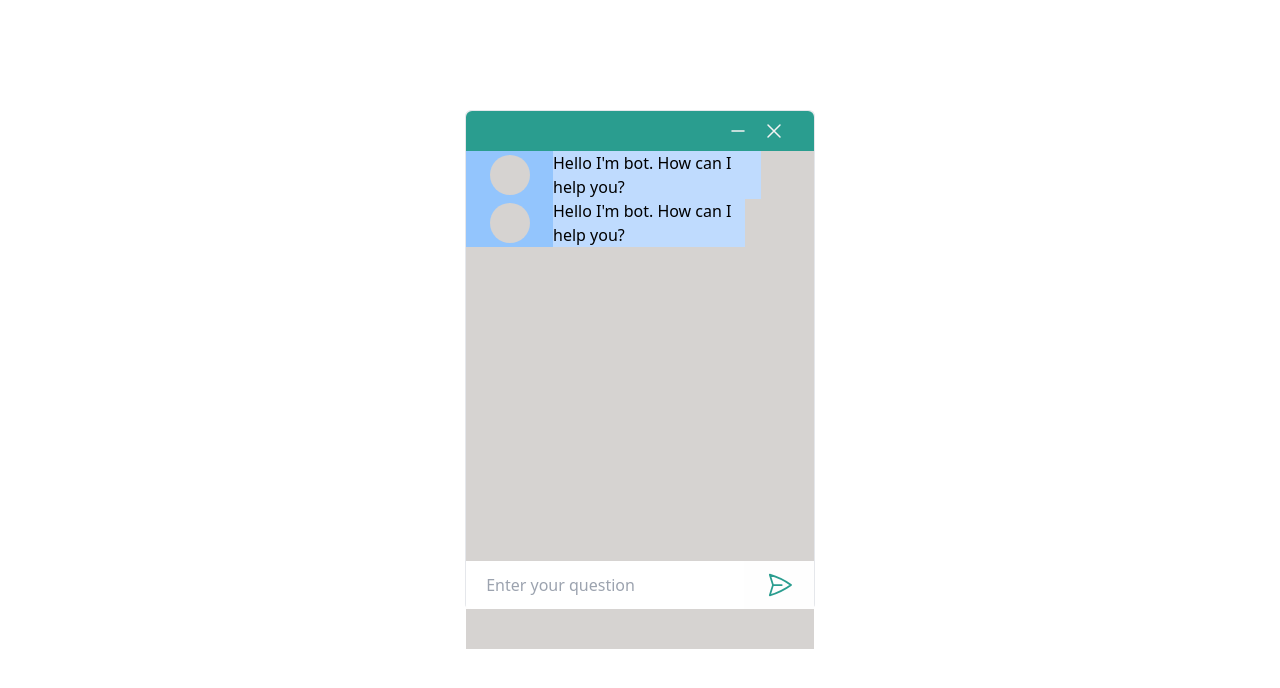
Repository: hsumyatm7308/Chatbot
Page: index.html
An editor plug-in stored every save of this project. The page is shown before and after the next save, followed by the edit.
The browser window is 1280 px wide. The pictures show the whole page.
Some web libraries are served in a nearby version.

Above is the page before, as saved 2023-07-09 11:22:18.

### index.html
<!DOCTYPE html>
<html>

<head>
    <title>Chat Bot</title>
    <script src="https://cdn.tailwindcss.com"></script>
</head>

<body class="bg-[#fffff]">

    <div class="w-screen h-screen flex justify-center items-center  container">
        <div class="w-[350px] h-[500px] bg-[#f4f4f4] border border-b-stone-200 rounded-md relative chatbot-container">
            <div
                class="w-full h-10 text-[#f4f4f4] bg-[#2a9d8f] rounded-tl-md rounded-tr-md flex justify-end items-center">
                <svg xmlns="http://www.w3.org/2000/svg" fill="none" viewBox="0 0 24 24" stroke-width="1.5"
                    stroke="currentColor" class="w-6 h-6 mr-3">
                    <path stroke-linecap="round" stroke-linejoin="round" d="M18 12H6" />
                </svg>

                <svg xmlns="http://www.w3.org/2000/svg" fill="none" viewBox="0 0 24 24" stroke-width="1.5"
                    stroke="currentColor" class="w-6 h-6 mr-7">
                    <path stroke-linecap="round" stroke-linejoin="round" d="M6 18L18 6M6 6l12 12" />
                </svg>

            </div>

            <div class="w-full h-full bg-stone-300 overflow-y-auto">
                 <div class="w-full grid grid-cols-4 flex profile-side">
                       <div class= "w-full h-auto bg-blue-300 flex justify-center items-center">
                            <div class="w-10 h-10 rounded-full bg-stone-300">

                            </div>
                       </div>
                       <div class=" bg-blue-200 col-span-3">
                            <div class="w-full h-auto bg-stone-300">
                                    <div class="w-52 h-full bg-blue-200">
                                        <span>Hello I'm bot. How can I help you?</span>
                                    </div>
                            </div>
                       </div>
                 </div>


                 <div class="w-full grid grid-cols-4 flex profile-side">
                    <div class= "w-full h-auto bg-blue-300 flex justify-center items-center">
                         <div class="w-10 h-10 rounded-full bg-stone-300">

                         </div>
                    </div>
                    <div class=" bg-blue-200 col-span-3">
                         <div class="w-full h-auto bg-stone-300">
                                 <div class="w-48 h-full bg-blue-200">
                                     <span>Hello I'm bot. How can I help you?</span>
                                 </div>
                         </div>
                    </div>
              </div>
            </div>

            <div class="w-full h-12 bg-[#fefefe] absolute bottom-0">
                <form action="" class="w-full h-12 bg-[#fefefe] flex justify-between items-center">
                    <input type="text" class="w-[80%] h-full  rounded-bl-md p-4" placeholder=" Enter your question">

                    <button type="submit" class="mr-5">
                        <svg xmlns="http://www.w3.org/2000/svg" fill="none" viewBox="0 0 24 24" stroke-width="1.5"
                            stroke="currentColor" class="w-7 h-7 text-[#2a9d8f]">
                            <path stroke-linecap="round" stroke-linejoin="round"
                                d="M6 12L3.269 3.126A59.768 59.768 0 0121.485 12 59.77 59.77 0 013.27 20.876L5.999 12zm0 0h7.5" />
                        </svg>

                    </button>
                </form>
            </div>
        </div>
    </div>

</body>

</html>

After the next save:
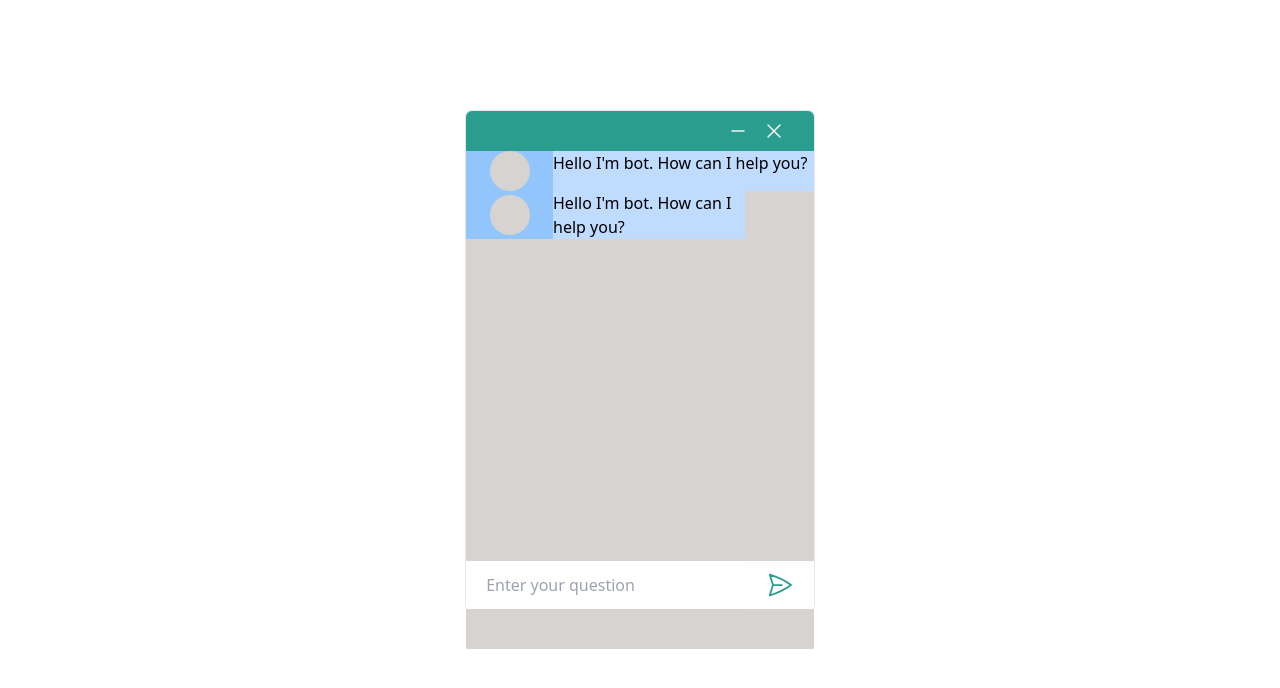
Saved 7 s later.
--- a/index.html
+++ b/index.html
@@ -33,7 +33,7 @@
                        </div>
                        <div class=" bg-blue-200 col-span-3">
                             <div class="w-full h-auto bg-stone-300">
-                                    <div class="w-52 h-full bg-blue-200">
+                                    <div class="w-68 h-full bg-blue-200">
                                         <span>Hello I'm bot. How can I help you?</span>
                                     </div>
                             </div>
